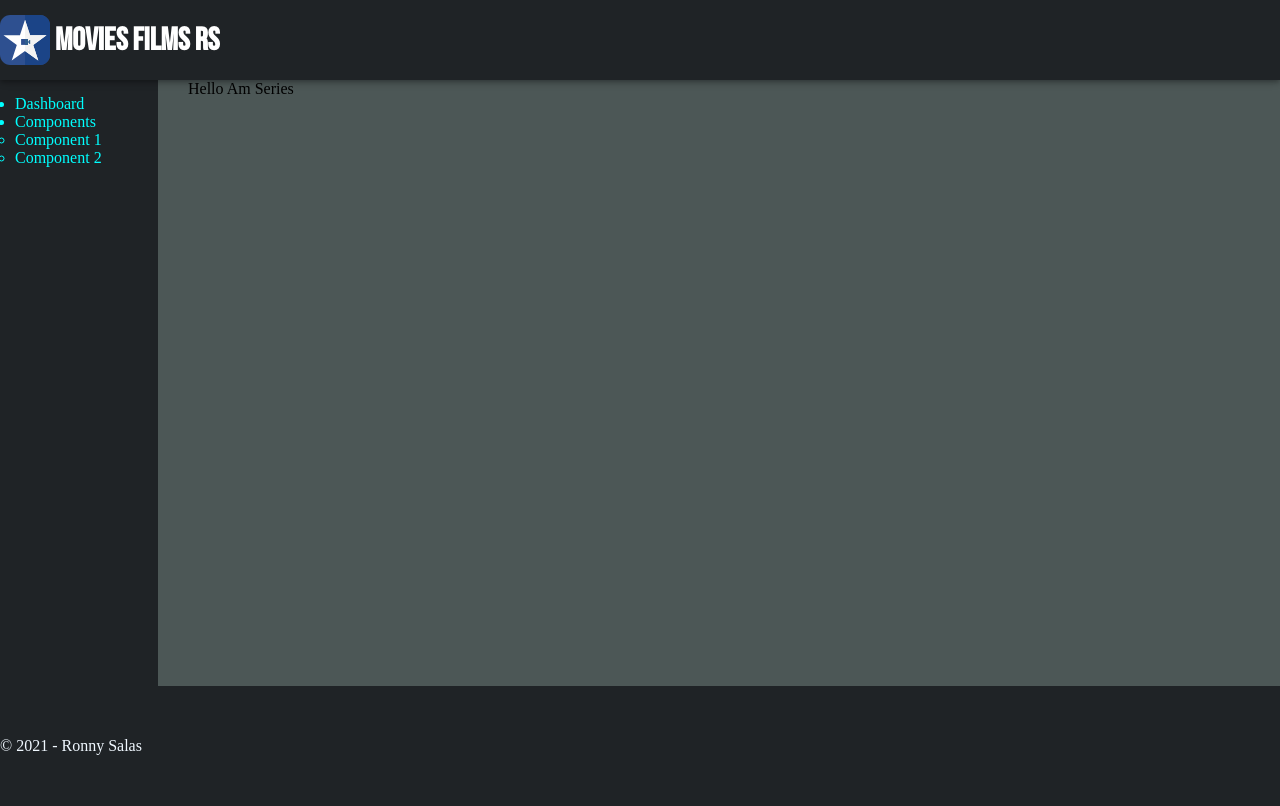
Repository: ronnysalas459/assigment-2
Page: /movie/movie_id
An editor plug-in stored every save of this project. The page is shown before and after the next save, followed by the edit.
The browser window is 1280 px wide. The pictures show the whole page.
The page's requests for data from a server got no answer. The project was rebuilt for these pictures with package versions that can differ from the ones it lists, and the page was loaded fresh each time. No one was signed in, and anything a server would have sent is missing. Also part of the build but not shown: src/components/Films/SearchMovies.js, src/components/Films/Movie.js, src/components/Common/Messages.js, src/components/Films/Movies.js, src/components/Films/index.js, src/components/NotFound/index.js. Imported but missing from the stored project, and not drawn on this page: src/components/Common/Message.

Above is the page before, as saved 2021-08-31 18:51:41.

### src/index.js
import React from 'react';
import ReactDOM from 'react-dom';
import App from './App';

ReactDOM.render(<App />,document.querySelector('#root')
);

### src/App.js
import React from "react";
import { BrowserRouter, Switch, Route } from "react-router-dom";
import MoviesContextProvider from "./contexts/MoviesContext";
import DetailsContextProvider from "./contexts/DetailsContext";
import Films from "./components/Films";
import Details from "./components/Details";
import Header from "./components/Common/Header";
import Footer from "./components/Common/Footer";
import SideBar from "./components/Common/SideBar";
import NotFound from "./components/NotFound";
import "./assets/css/styles.css";

const App = () => (
  <BrowserRouter>
    <div className="container">
      <MoviesContextProvider>
      <Header />
      </MoviesContextProvider>
      <div className="content">
        <SideBar />
        <div className="projects">
          <Switch>
            <Route exact path="/">
              <MoviesContextProvider>
                <Films />
              </MoviesContextProvider>
            </Route>
            <Route path="/movie/movie_id">
              <DetailsContextProvider>
                <Details />
              </DetailsContextProvider>
            </Route>
            <Route component={NotFound} />
          </Switch>
        </div>
      </div>
      <Footer />
    </div>
  </BrowserRouter>
);

export default App;

### src/contexts/MoviesContext.js
import React, { createContext, useState, useEffect } from "react";
import { popularGet, movieSearch } from "./../constants";

export const MoviesContext = createContext();

const MoviesContextProvider = ({ children }) => {
  const [doneFetch, setDoneFetch] = useState();
  const [currentQuery, setCurrentQuery] = useState("");
  const [text, setText] = useState("Top Movies");
  const [movies, setMovies] = useState([]);

  useEffect(() => {
    getPopularMovies();
  }, []);

  const getPopularMovies = () => {
    fetch(popularGet())
      .then((res) => res.json())
      .then((data) => {
        const { results }  = data;
        setDoneFetch(true);
        console.log(results);
        setMovies(results);
      })
      .catch((err) => console.log(err));
  };

  const getMovies = (query) => {
    fetch(movieSearch(query))
      .then((res) => res.json())
      .then((data) => {
        const { results } = data;
        setDoneFetch(true);
        console.log(results );
        setText(results.length ? "Results" : "No Results");
        setMovies(results);

      })
      .catch((err) => console.log(err));
  };

  const validateQuery = (
    e,
    query = document.querySelector("#query").value.toLowerCase().trim()
  ) => {
    if (e.type === "keypress" && e.key !== "Enter") return;
    const words = query.match(/\w+/g);
    query = words && words.join(" ");
    if (query && query !== currentQuery) {
      setCurrentQuery(query);
      setDoneFetch(false);
      getMovies(query);
    }
  };
  return (
    <MoviesContext.Provider value={{ doneFetch, text, movies, validateQuery }}>
      {children}
    </MoviesContext.Provider>
  );
};

export default MoviesContextProvider;

### src/contexts/DetailsContext.js
import React, { createContext, useState, useEffect } from "react";
import { moviesGet } from "./../constants";

export const DetailsContext = createContext();

const DetailsContextProvider = ({ children }) => {
    const movie_id = window.location.pathname.split("/")[3];
    console.log("COÑÓOOOOO" + movie_id);
  const [doneFetchMovie, setDoneFetchMovie] = useState(false);
  //const [doneFetchDetails, setDoneFetchDetails] = useState(false);
  const [movie, setMovie] = useState([]);
  //const [details, setDetails] = useState([]);

  useEffect(() => getMovie(movie_id), [movie_id]);

  //useEffect(() => getDetails(commontrack_id), [commontrack_id]);

  const getMovie = (movie_id) => {
    fetch(moviesGet(movie_id))
      .then((res) => res.json())
      .then((data) => {
        const { body } = data.message;
        setDoneFetchMovie(true);
        !Array.isArray(body) && setMovie(body);
      })
      .catch((err) => console.log(err));
  };

//   const getDetails = (commontrack_id) => {
//     fetch(trackLyricsGet(commontrack_id))
//       .then((res) => res.json())
//       .then((data) => {
//         const { body } = data.message;
//         setDoneFetchLyrics(true);
//         !Array.isArray(body) && setLyrics(body.lyrics.lyrics_body);
//       })
//       .catch((err) => console.log(err));
//   };

  return (
    <DetailsContext.Provider
      value={{ doneFetchMovie, movie}}
    >
      {children}
    </DetailsContext.Provider>
  );
};

export default DetailsContextProvider;

### src/components/Details/index.js
import React from 'react'

const Series = () => (
    <p> Hello Am Series</p>
);

export default Series;

### src/components/Common/Header.js
import React from "react";
import { AppBar } from "@material-ui/core";
import { ReactComponent as Logo } from "./../../assets/img/movie.svg";
import "./../../assets/css/styles.css";
const Header = () => (
  <AppBar position="sticky">
      <div className="header-container">
            <Logo className="logo-container" />
            &nbsp;&nbsp;
        <h1>Movies Films RS</h1>
      </div>
  </AppBar>
);

export default Header;

### src/components/Common/Footer.js
import React from 'react'

const Footer = () => (
    <footer>
        <p> &copy; { new Date().getFullYear()} - Ronny Salas</p>
    </footer>
);


export default Footer;

### src/components/Common/SideBar.js
import React from "react";
import { ProSidebar, Menu, MenuItem, SubMenu } from "react-pro-sidebar";
import "./../../assets/css/styles.css";

const SideBar = () => (

    <aside className="aside">
      <ProSidebar>
        <Menu iconShape="square">
          <MenuItem>Dashboard</MenuItem>
          <SubMenu title="Components">
            <MenuItem>Component 1</MenuItem>
            <MenuItem>Component 2</MenuItem>
          </SubMenu>
        </Menu>
      </ProSidebar>
    </aside>

);
export default SideBar;

### src/assets/css/styles.css
/*FUENTES*/

@font-face {
  font-family: "TrebuchetMS";
  src: url("../fonts/TrebuchetMS.ttf");
  font-weight: normal;
  font-style: normal;
}
@font-face {
  font-family: "BebasNeue";
  src: url("../fonts/BebasNeue.otf");
  font-weight: normal;
  font-style: normal;
}

@font-face {
  font-family: "WebSymbolsRegular";
  src: url("../fonts/websymbols-regular-webfont.eot");
  src: url("../fonts/websymbols-regular-webfont.eot?#iefix")
      format("embedded-opentype"),
    url("../fonts/websymbols-regular-webfont.woff") format("woff"),
    url("../fonts/websymbols-regular-webfont.ttf") format("truetype"),
    url("../fonts/websymbols-regular-webfont.svg#WebSymbolsRegular")
      format("svg");
  font-weight: normal;
  font-style: normal;
}
.root {
  margin: 3vw;
}
* {
  margin: 0px;
  padding: 0px;
}

html {
  overflow-x: hidden;
}

.container{
  width:100%;
  height:auto;
}

.header-container {
  width: 100%;
  height: 80px;
  background-color: #1f2326 !important;
  font-family: BebasNeue;
  color: white;
  display: flex;
  flex-direction: row;
  flex-wrap: wrap;
  align-items: center;
}

.logo-container {
  display: block;
  height: 100%;
  width: 50px;
}
.logo-container h1 {
  color: aqua;
}
.content{
  display:flex;
  background-color: #4C5756;
}
.img-wrap {
  height: 150px;
  padding-top: 56.25%;
}
.aside{
  display:flex;
  min-height: 80vh;
  flex-basis: 10%;
  margin-right: 30px;
  padding: 15px;
  flex-direction: column;
  flex-wrap: wrap;
  color: aqua;
  background-color: #1f2326;
}

.projects{
  display:flex;
  flex-wrap: wrap;
  flex-basis: 80%;
}

footer {
  display:flex;
  flex-flow: row wrap;
  justify-content:flex-start;
  height:120px;
  align-items:center;
  background-color: #1f2326;
}
footer p {
    color:aliceblue;
    justify-content: center;
}
.paper {
	margin-top: 25px;
	margin-bottom: 25px;
	width: 200px;
  height: 100px;
}

.defaultPaper {
	padding: 15px;
}

.project{
  flex-grow:1;
  flex-basis: 250px;
  margin-bottom: 25px;
  margin-right:20px;
  max-width: 345px;
}
.project img{
  width:100%;
}
.buttonPrimary,
.progressBar {
  display: flex;
  justify-content: center;
  align-items: center;
}


a {
	text-decoration: none;
}

.buttonPrimary,
.message,
.progressBar {
  margin: 10px;
}

.MuiTextField-root {
  width: 100%;
}

@media (max-width: 323px) {
  h1 {
    display: none;
  }
}

### src/constants/index.js
//HABILITAR PROXY INVERSO PARA CORS INTERCEPTOR
//const cors_anywhere = "https://cors-anywhere.herokuapp.com/";
const base_url = "https://api.themoviedb.org/3/";
const popular_movies_get = "movie/popular?";
const movie_search = "search/movie?";
const movies_get = "movie/";
const api_key = "api_key=2c4e30626dc1fcee2a373a9a71cf70f1";


export const popularGet = () => `${base_url}${popular_movies_get}${api_key}&page=1`;
export const moviesGet = id => `${base_url}${movies_get}${api_key}`;
export const movieSearch = query => `${base_url}${movie_search}${api_key}&query=${query}`;

### src/components/Common/ProgressBar.js
import React from 'react'
import CircularProgress from '@material-ui/core/CircularProgress';

const ProgressBar = () => (
    <div className="progressBar">
        <CircularProgress size = { 100 } />

    </div>
)


export default ProgressBar

### src/components/Common/ButtonPrimary.js
import React from 'react'
import { Link } from "react-router-dom";
import Button from "@material-ui/core/Button";
import lyrics from "./../../assets/img/lyrics.png";
import back from "./../../assets/img/back.png";


const ButtonPrimary = ({ type, to}) => (
    <Link className="buttonPrimary" to={to}>
        <Button variant="contained" color="primary">
            <img alt={type === "lyrics" ? "lyrics" : "back"} src={type === "lyrics" ? lyrics : back} />
            { type === "lyrics" ? "lyrics" : "Go back"}
        </Button>


    </Link>
);


export default ButtonPrimary

Loaded but not shown: public/index.html (common file); src/components/Details/Detail.js (no stored copy; drawn as an empty file)

After the next save:
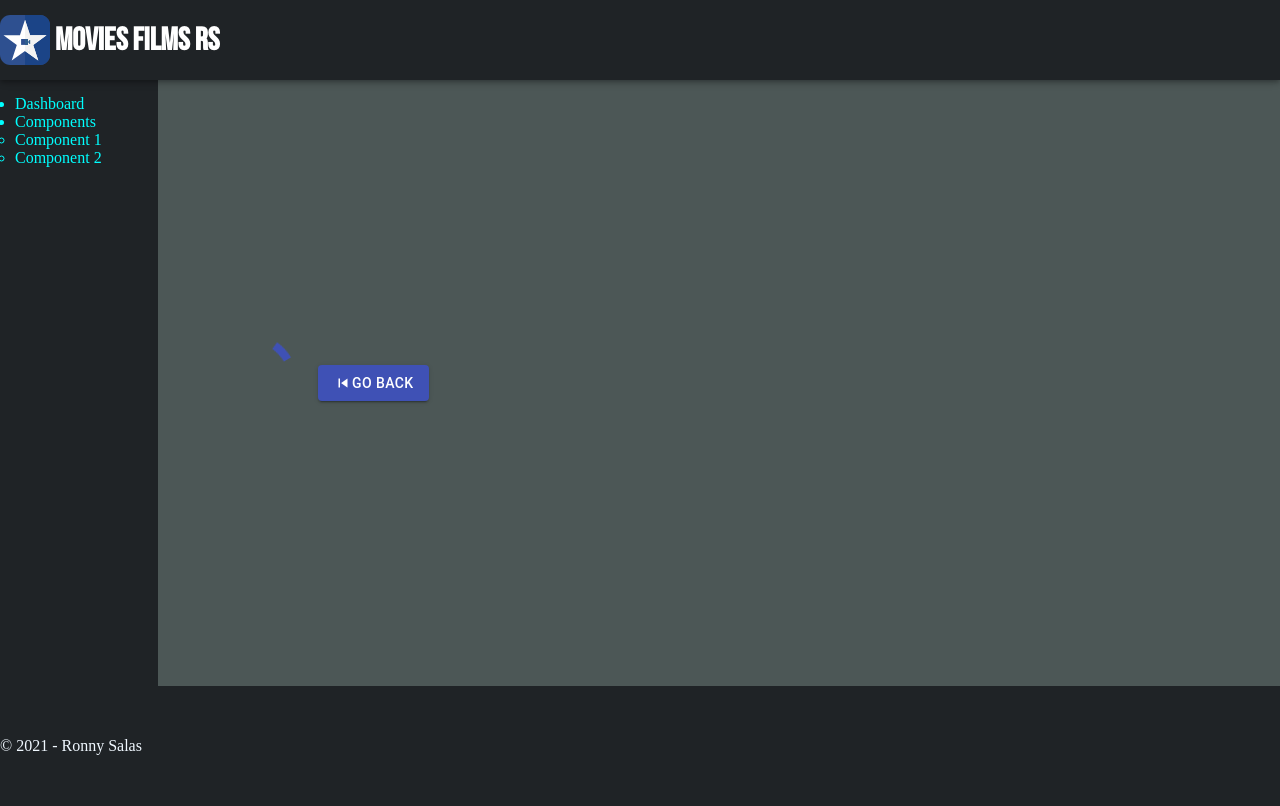
Saved 25 s later.
--- a/src/components/Details/index.js
+++ b/src/components/Details/index.js
@@ -1,7 +1,27 @@
-import React from 'react'
+import React, { useContext } from "react";
+import { DetailsContext } from "../../contexts/DetailsContext";
+import ProgressBar from "./../Common/ProgressBar";
+import Message from "./../Common/Message";
+import ButtonPrimary from "./../Common/ButtonPrimary";
+import Detail from "./Detail";
 
-const Series = () => (
-    <p> Hello Am Series</p>
-);
+const Details = () => {
+  const { doneFetchMovie, movie } =
+    useContext(DetailsContext);
+  return (
+    <>
+      {doneFetchMovie ? (
+        !Array.isArray(movie) ? (
+          <Details movie={movie} />
+        ) : (
+          <Message text="No Results" />
+        )
+      ) : (
+        <ProgressBar />
+      )}
+      <ButtonPrimary type="back" to="/" />
+    </>
+  );
+};
 
-export default Series;
+export default Details;
